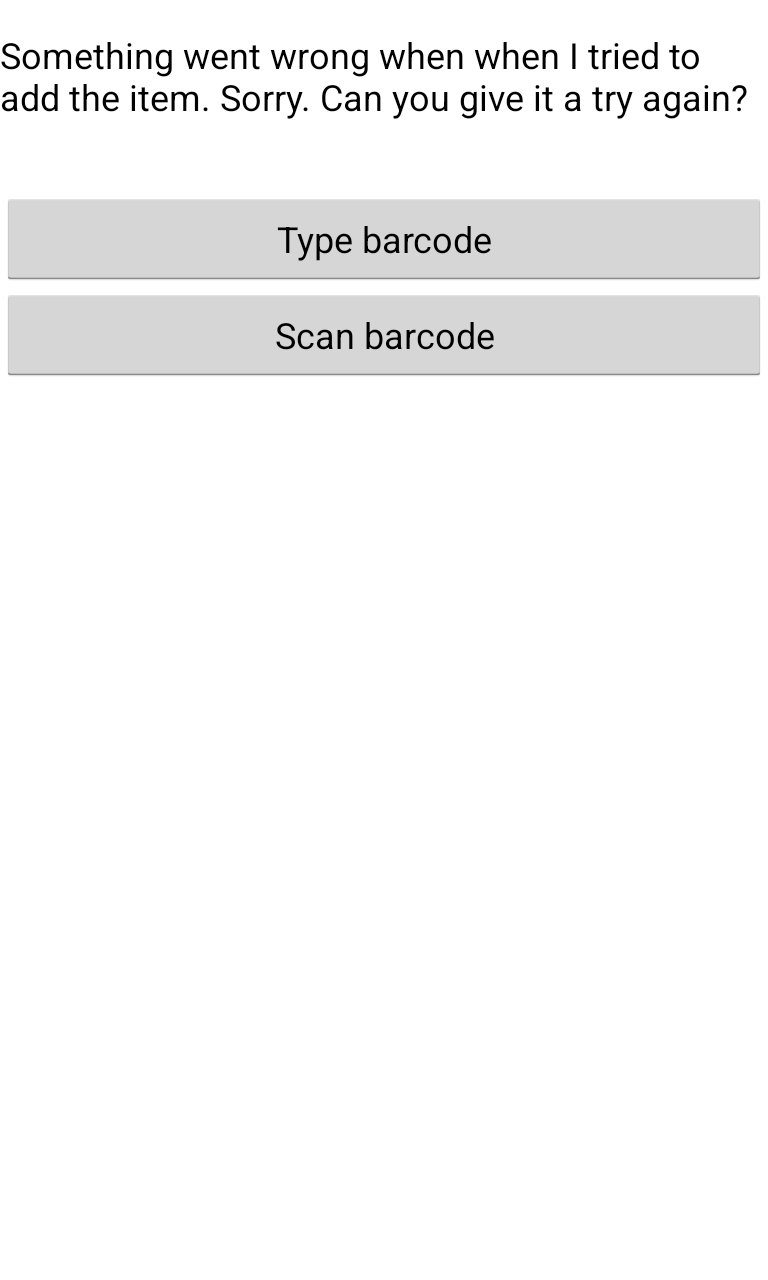
Repository: harvard-lil/wtwba-android-app
Layout: wtwba/res/layout/activity_scan_error.xml
The author's editor kept a copy of each file at every save. The layout is drawn from the files as they stood at one save, then again after the next save.
It is drawn on a 768 x 1280 px phone screen (xhdpi) without system bars, with theme AppTheme; the app's code is not run.

Above is the layout before, as saved 2013-03-18 16:49:11.

### wtwba/res/layout/activity_scan_error.xml
<?xml version="1.0" encoding="utf-8"?>
<LinearLayout xmlns:android="http://schemas.android.com/apk/res/android"
    android:layout_width="fill_parent"
    android:layout_height="fill_parent"
    android:layout_margin="15dip"
    android:orientation="vertical" >

    <TextView
        android:layout_width="fill_parent"
        android:layout_height="wrap_content"
        android:layout_marginTop="15dip"
        android:layout_marginBottom="35dip"
        android:text="@string/scan_error"
        android:textAppearance="?android:attr/textAppearanceMedium"
         />

    <Button
        android:layout_width="fill_parent"
        android:layout_height="wrap_content"
        android:layout_gravity="left"
        android:text="@string/button_key_item"
        android:onClick="keyItem"/>
    <Button
        android:layout_width="fill_parent"
        android:layout_height="wrap_content"
        android:layout_gravity="right"
        android:text="@string/button_scan_item"
        android:onClick="scanItem"/>
</LinearLayout>

### wtwba/res/values/strings.xml
<?xml version="1.0" encoding="utf-8"?>
<resources>

    <string name="app_name">wtwba</string>
    <string name="main_activity_title">Where the Wild Books Are</string>
    <string name="activity_item_details_title">Wild Books</string>
    <string name="activity_scan_title">Wild Books</string>
    <string name="activity_manage_user_title">Manage user key</string>
    <string name="activity_location_title">Select your current location</string>
    <string name="scan_error_title">Something went wrong</string>
    <string name="user_name_box_label">Enter your assigned user key</string>
    <string name="edit_message">Enter a message</string>
    <string name="loading_message">Loading</string>


    <string name="button_confirm_delete">Delete from list</string>
    <string name="button_scan_item">Scan barcode</string>
    <string name="button_key_item">Type barcode</string>
    <string name="activity_delete_title">Delete from list</string>

    <string name="button_scan">Scan</string>
    <string name="button_item_confrim">Return home</string>
    <string name="button_add">Add to list</string>
    <string name="button_save_user_name">Save user key</string>
    <string name="menu_settings">Settings</string>
    <string name="scan_error">Something went wrong when when I tried to add the item. Sorry. Can you give it a try again?</string>
    <string name="title_activity_main">MainActivity</string>
    <string name="hello_world">Hello world!</string>
    <string name="title_holder">Sample Title Here</string>
    <string name="connection_error">Unable to connect to network</string>
    <string name="title_activity_display_message">DisplayMessageActivity</string>
    <string name="empty_list">You haven\'t added any items.</string>

</resources>

Loaded but not shown: wtwba/res/values-v11/styles.xml (common file); wtwba/res/values-v14/styles.xml (common file); wtwba/res/values/styles.xml (common file)

After the next save:
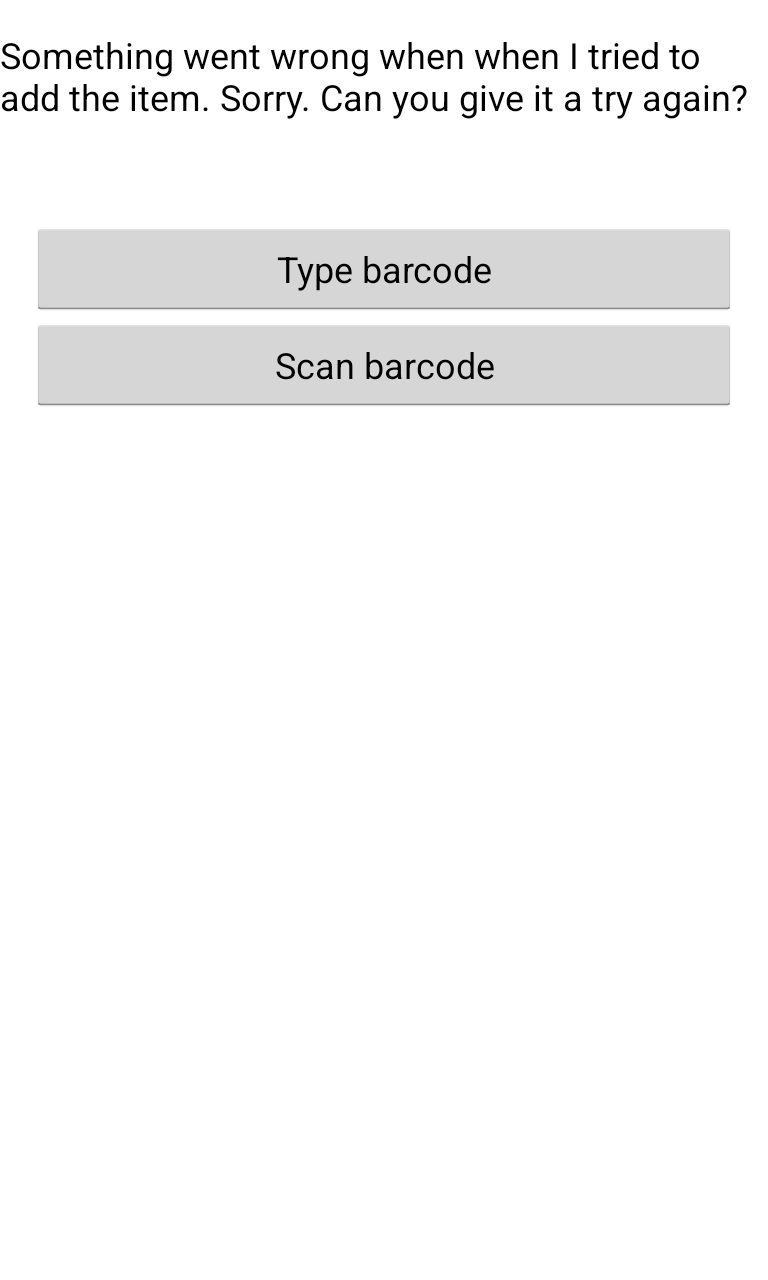
Saved 60 s later.
--- a/wtwba/res/layout/activity_scan_error.xml
+++ b/wtwba/res/layout/activity_scan_error.xml
@@ -13,17 +13,23 @@
         android:text="@string/scan_error"
         android:textAppearance="?android:attr/textAppearanceMedium"
          />
+	<LinearLayout xmlns:android="http://schemas.android.com/apk/res/android"
+	    android:layout_width="fill_parent"
+	    android:layout_height="fill_parent"
+	    android:layout_margin="15dip"
+	    android:orientation="vertical" >
 
-    <Button
-        android:layout_width="fill_parent"
-        android:layout_height="wrap_content"
-        android:layout_gravity="left"
-        android:text="@string/button_key_item"
-        android:onClick="keyItem"/>
-    <Button
-        android:layout_width="fill_parent"
-        android:layout_height="wrap_content"
-        android:layout_gravity="right"
-        android:text="@string/button_scan_item"
-        android:onClick="scanItem"/>
+	    <Button
+	        android:layout_width="fill_parent"
+	        android:layout_height="wrap_content"
+	        android:layout_gravity="left"
+	        android:text="@string/button_key_item"
+	        android:onClick="keyItem"/>
+	    <Button
+	        android:layout_width="fill_parent"
+	        android:layout_height="wrap_content"
+	        android:layout_gravity="right"
+	        android:text="@string/button_scan_item"
+	        android:onClick="scanItem"/>
+    </LinearLayout>
 </LinearLayout>
